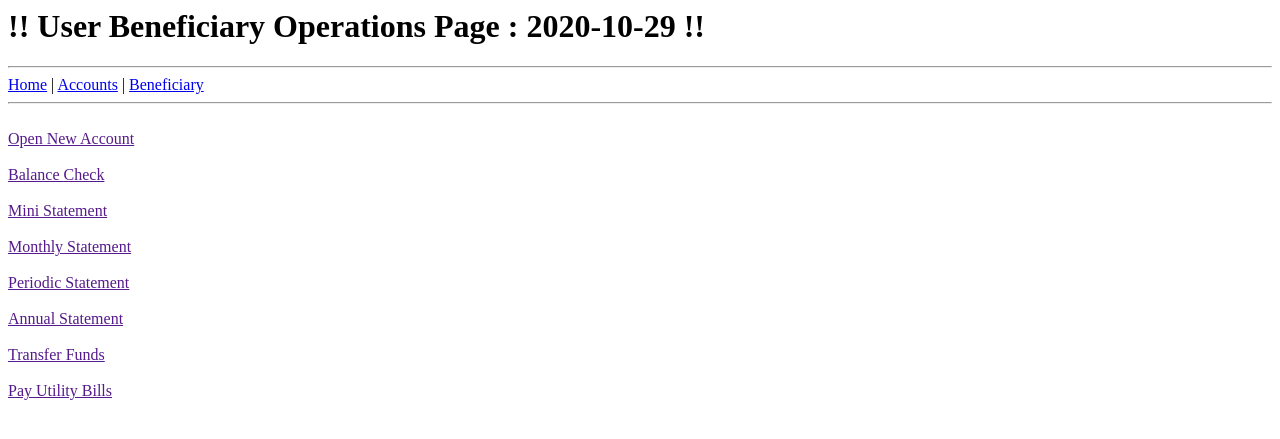
Repository: anik84/ibs
Page: http://localhost/IBS/user_beneficiary.jsp
These files come from the project's save history. The page is drawn as it stood at one moment and after the next save; the edit follows.
The browser window is 1280 px wide. The pictures show the whole page.
The page is served by Tomcat 9.

Above is the page before, as saved 2020-10-29 08:12:33.

After the next save:
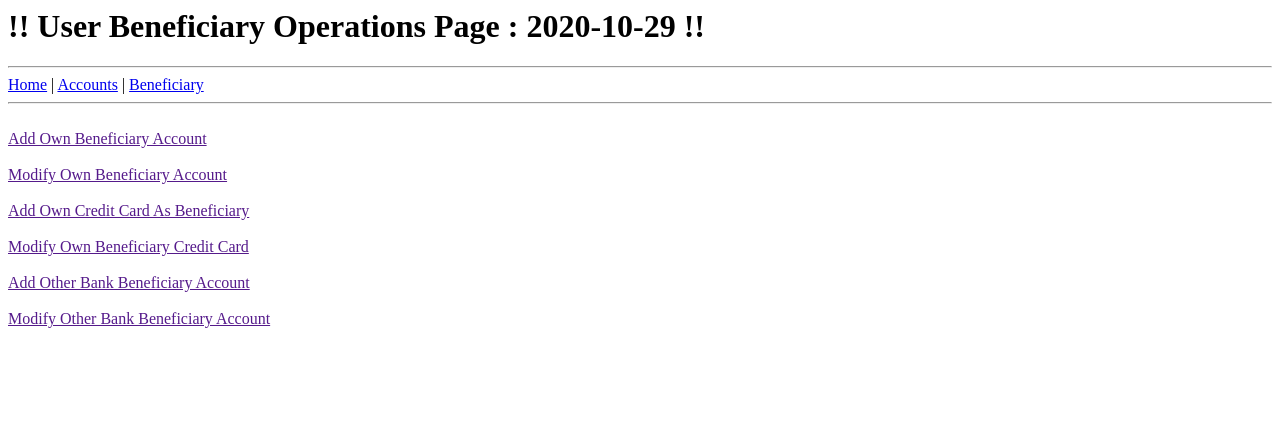
Saved 4 min 16 s later.
--- a/IBS_JSPs/IBS/WebContent/user_beneficiary.jsp
+++ b/IBS_JSPs/IBS/WebContent/user_beneficiary.jsp
@@ -12,14 +12,13 @@
 	<jsp:include page="user_home_menu.jsp" />
 
 	<br />
-	<a href="">Open New Account</a><br /><br />
-	<a href="">Balance Check</a><br /><br />
-	<a href="">Mini Statement</a><br /><br />
-	<a href="">Monthly Statement</a><br /><br />
-	<a href="">Periodic Statement</a><br /><br />
-	<a href="">Annual Statement</a><br /><br />
-	<a href="">Transfer Funds</a><br /><br />
-	<a href="">Pay Utility Bills</a><br /><br />
+	<a href="">Add Own Beneficiary Account</a><br /><br />
+	<a href="">Modify Own Beneficiary Account</a><br /><br />
+	<a href="">Add Own Credit Card As Beneficiary</a><br /><br />
+	<a href="">Modify Own Beneficiary Credit Card</a><br /><br />
+	<a href="">Add Other Bank Beneficiary Account</a><br /><br />
+	<a href="">Modify Other Bank Beneficiary Account</a><br /><br />
+
 
 </body>
 </html>
